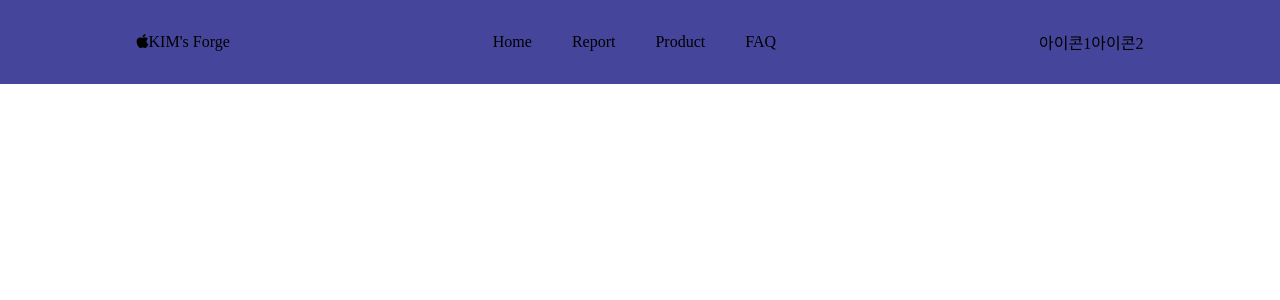
Repository: rlatlswo135/header_project
Page: header.html
The author's editor kept a copy of each file at every save. The page is drawn from the files as they stood at one save, then again after the next save.
The browser window is 1280 px wide. The pictures show the whole page.
Some web libraries are served in a nearby version.

Above is the page before, as saved 2021-05-30 21:20:45.

After the next save:
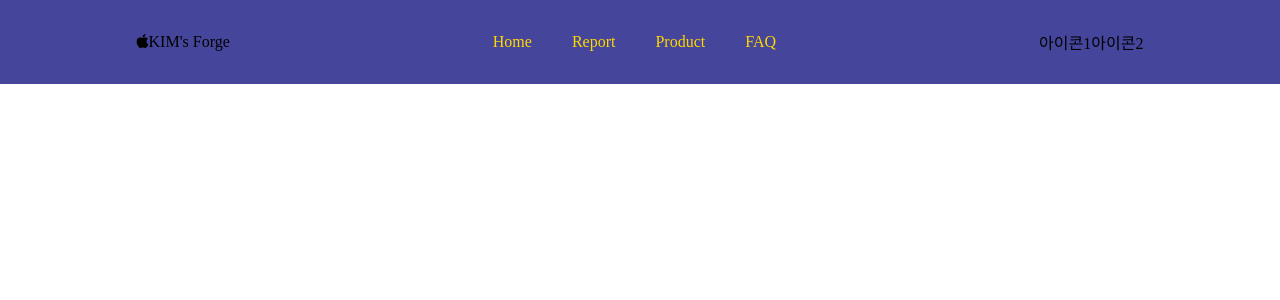
Saved 13 s later.
--- a/header.css
+++ b/header.css
@@ -23,7 +23,7 @@
   display: flex;
   list-style: none;
   font-size: 1rem;
-  var(--text-color);
+  color: var(--text-color);
 }
 li {
   margin: 20px;
